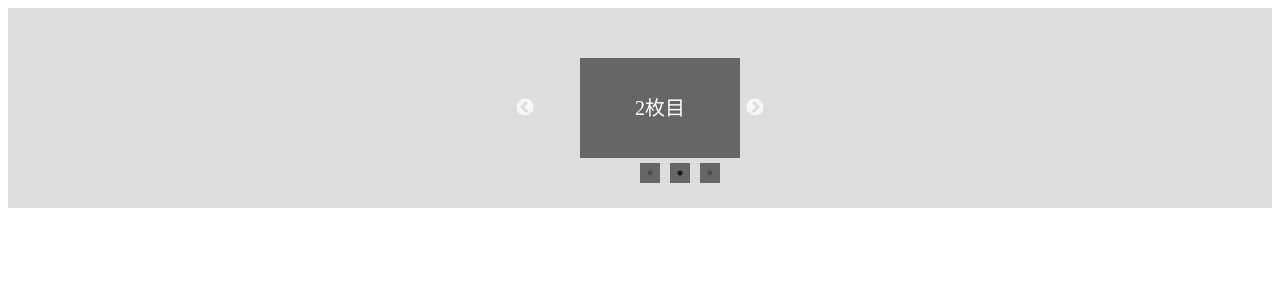
Repository: 92hisa/js-slideshow
Page: index.html
The author's editor kept a record of every edit. The page is drawn from the files as they stood at one moment, then again after the next edit.
The browser window is 1280 px wide. The pictures show the whole page.

Above is the page before.

After the next edit:
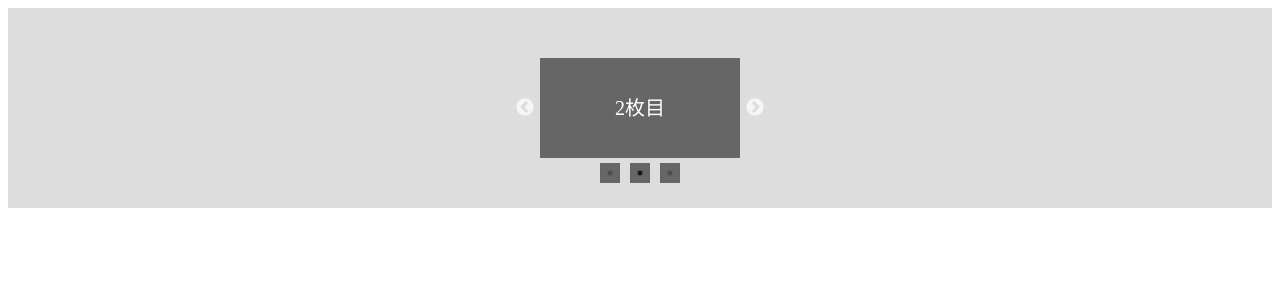
The edit:
--- a/index.html
+++ b/index.html
@@ -11,7 +11,7 @@
 </head>
 <body>
     <div id="wrap">
-        <ul id="slider">
+        <div id="slider">
             <li><span>1枚目</span></li>
             <li><span>2枚目</span></li>
             <li><span>3枚目</span></li>
